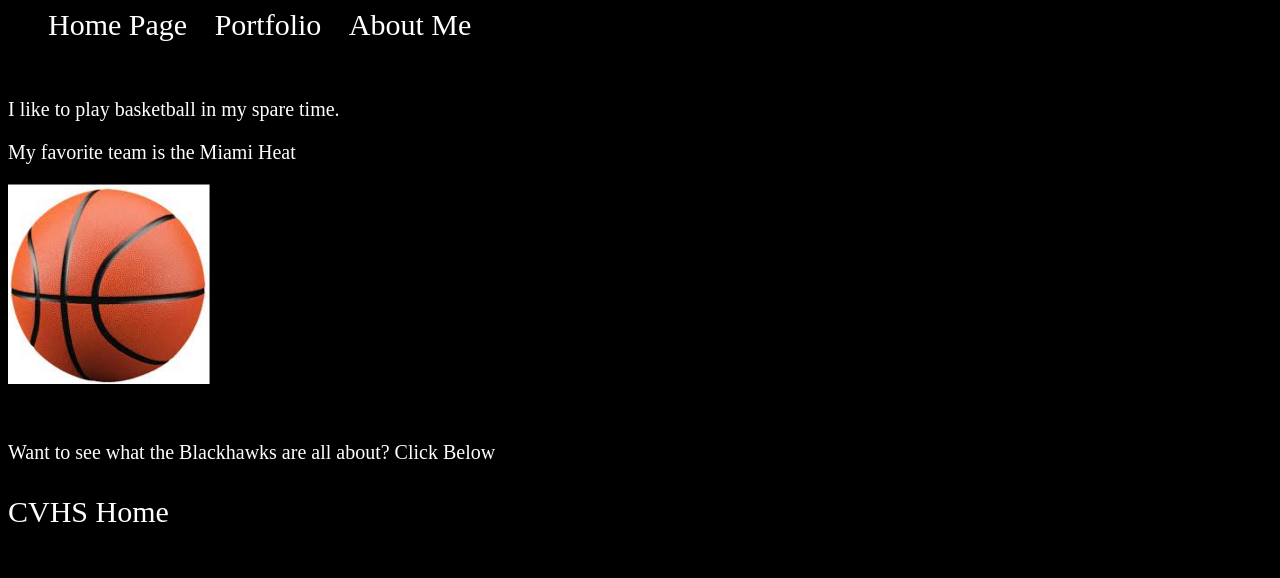
Repository: jacobhayman22/jacobhayman22.github.io
Page: about.html
The author's editor kept a record of every edit. The page is drawn from the files as they stood at one moment, then again after the next edit.
The browser window is 1280 px wide. The pictures show the whole page.

Above is the page before.

After the next edit:
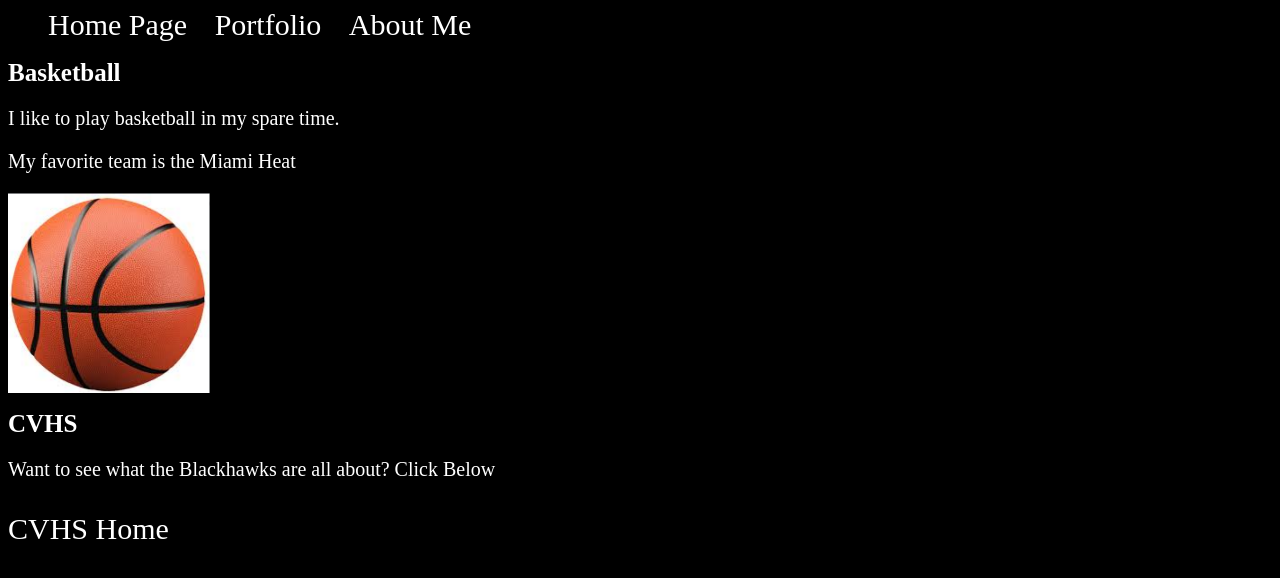
The edit:
--- a/style.css
+++ b/style.css
@@ -32,3 +32,10 @@
     color:white ;
    font-size: 2em;
    }
+   h1{
+    color:white ;
+    font-size: 2.5em;
+   }
+   li{
+    color:white ;
+   }
